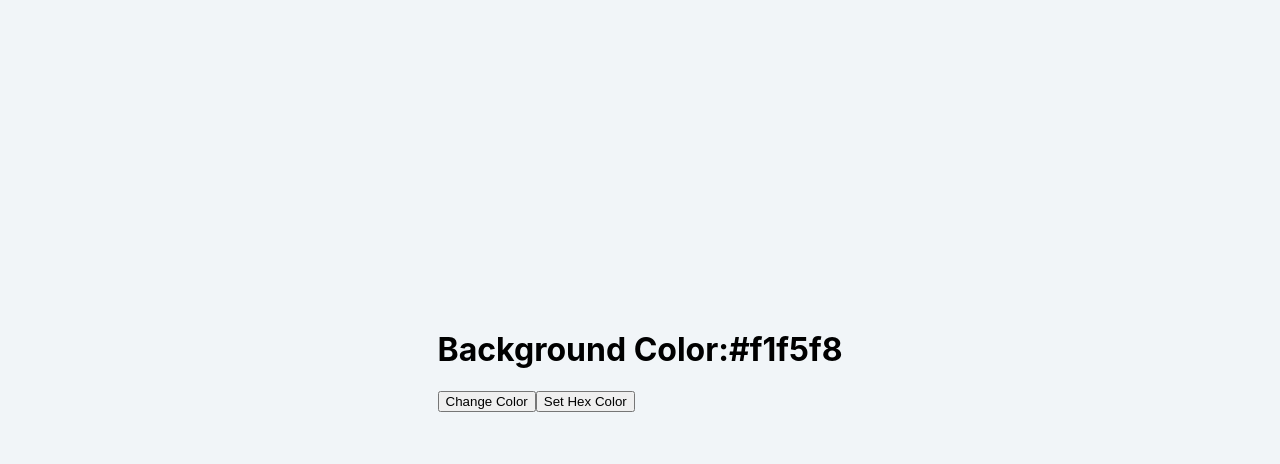
Repository: VidHongqiWu/react-projects
Page: / (app in color-flipper/)
The author's editor kept a copy of each file at every save. The page is drawn from the files as they stood at one save, then again after the next save.
The browser window is 1280 px wide. The pictures show the whole page.
The project was rebuilt for these pictures with package versions that can differ from the ones it lists, and the page was loaded fresh each time.

Above is the page before, as saved 2023-11-18 19:00:32.

After the next save:
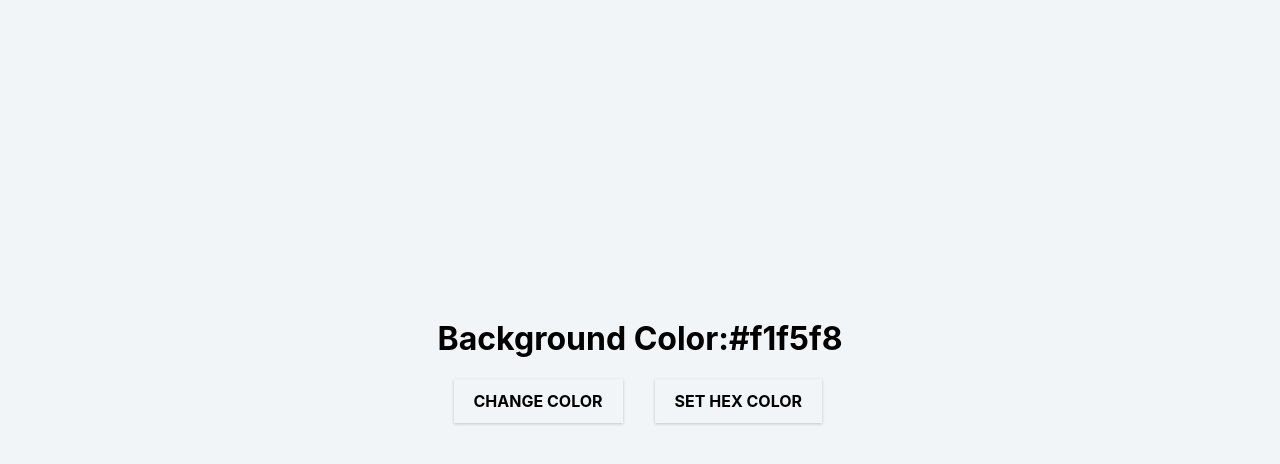
Saved 48 s later.
--- a/color-flipper/src/index.css
+++ b/color-flipper/src/index.css
@@ -30,3 +30,39 @@ main {
 .color {
   color: var(--clr-primary-5);
 }
+
+.btn {
+  font-family: var(--ff-primary);
+  text-transform: uppercase;
+  background: transparent;
+  color: var(--clr-black);
+  padding: 0.375rem 0.75rem;
+  letter-spacing: var(--spacing);
+  display: inline-block;
+  font-weight: 700;
+  transition: var(--transition);
+  font-size: 0.875rem;
+  border: 2px solid var(--clr-black);
+  cursor: pointer;
+  box-shadow: 0 1px 3px rgba(0, 0, 0, 0.2);
+  border-radius: var(--radius);
+  margin: 0 1em;
+}
+.btn:hover {
+  color: var(--clr-white);
+  background: var(--clr-black);
+}
+.btn-hero {
+  font-size: 1rem;
+  padding: 0.75rem 1.25rem;
+}
+/* section */
+.section {
+  padding: 5rem 0;
+}
+
+.section-center {
+  width: 90vw;
+  margin: 0 auto;
+  max-width: 1170px;
+}
